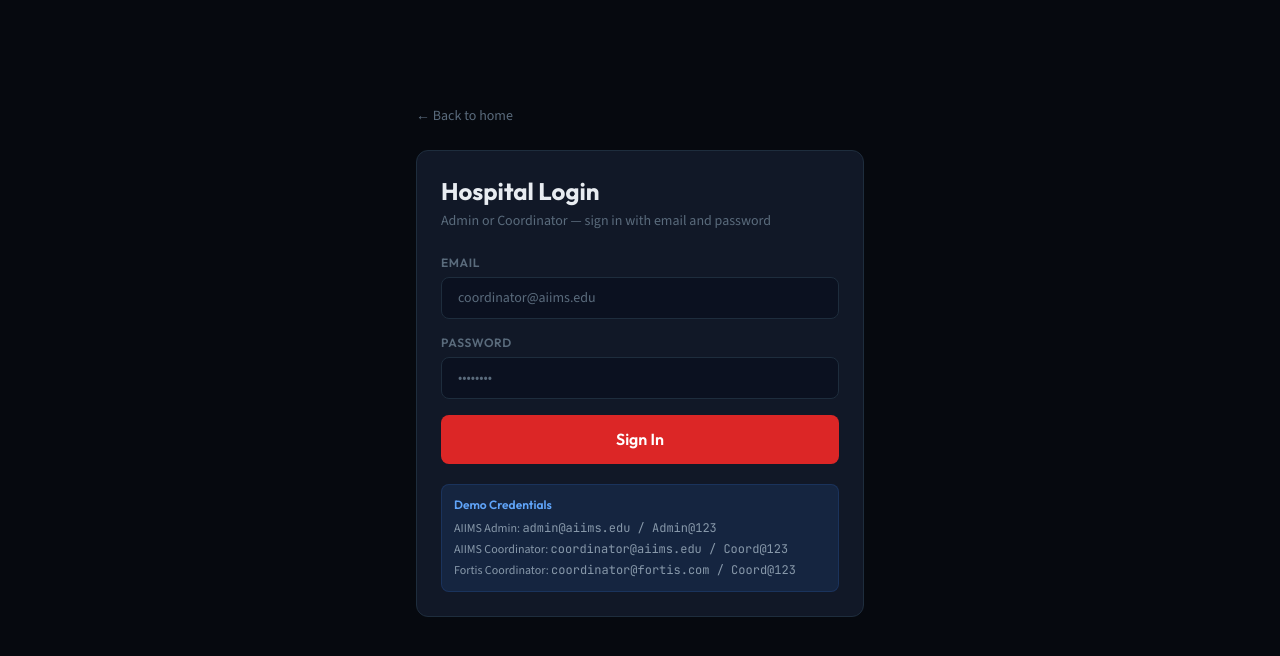
Repository: maitri25jain/LifeBride-Hackmol-
Page: /hospital/login (app in frontend/)
An editor plug-in stored every save of this project. The page is shown before and after the next save, followed by the edit.
The browser window is 1280 px wide. The pictures show the whole page.
The project was rebuilt for these pictures with package versions that can differ from the ones it lists, and the page was loaded fresh each time. Also part of the build but not shown: frontend/vite.config.js, frontend/src/pages/Landing/Landing.jsx, frontend/src/pages/CitizenAuth/CitizenAuth.jsx, frontend/src/pages/CitizenDashboard/CitizenDashboard.jsx, frontend/src/pages/HospitalDashboard/HospitalDashboard.jsx.

Above is the page before, as saved 2026-03-29 11:09:21.

After the next save:
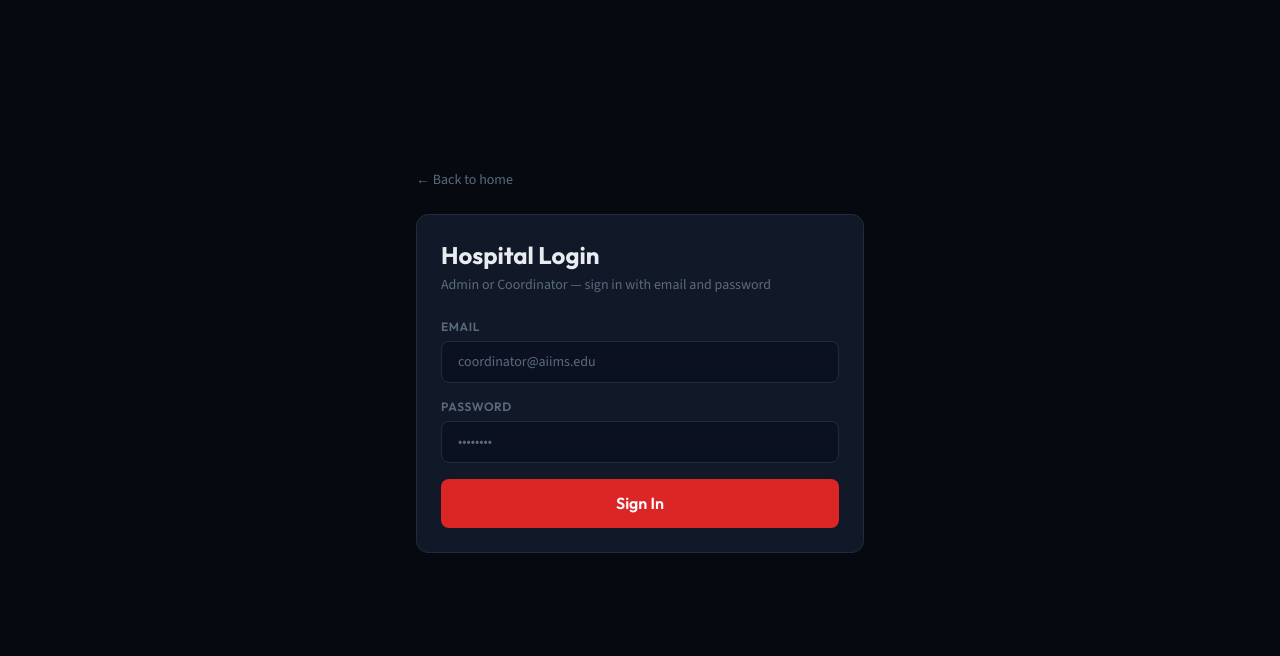
Saved 31 s later.
--- a/frontend/src/pages/HospitalLogin/HospitalLogin.jsx
+++ b/frontend/src/pages/HospitalLogin/HospitalLogin.jsx
@@ -100,32 +100,6 @@
               )}
             </button>
           </form>
-
-          <div
-            className="mt-5 p-3 rounded-lg text-xs"
-            style={{
-              background: 'var(--blue-glow)',
-              border: '1px solid rgba(59,130,246,0.15)',
-            }}
-          >
-            <span className="font-semibold font-display" style={{ color: 'var(--blue-400)' }}>
-              Demo Credentials
-            </span>
-            <div className="mt-1.5 space-y-1" style={{ color: 'var(--text-secondary)' }}>
-              <p>
-                AIIMS Admin:{' '}
-                <span className="font-mono">admin@aiims.edu / Admin@123</span>
-              </p>
-              <p>
-                AIIMS Coordinator:{' '}
-                <span className="font-mono">coordinator@aiims.edu / Coord@123</span>
-              </p>
-              <p>
-                Fortis Coordinator:{' '}
-                <span className="font-mono">coordinator@fortis.com / Coord@123</span>
-              </p>
-            </div>
-          </div>
         </div>
       </div>
     </div>
